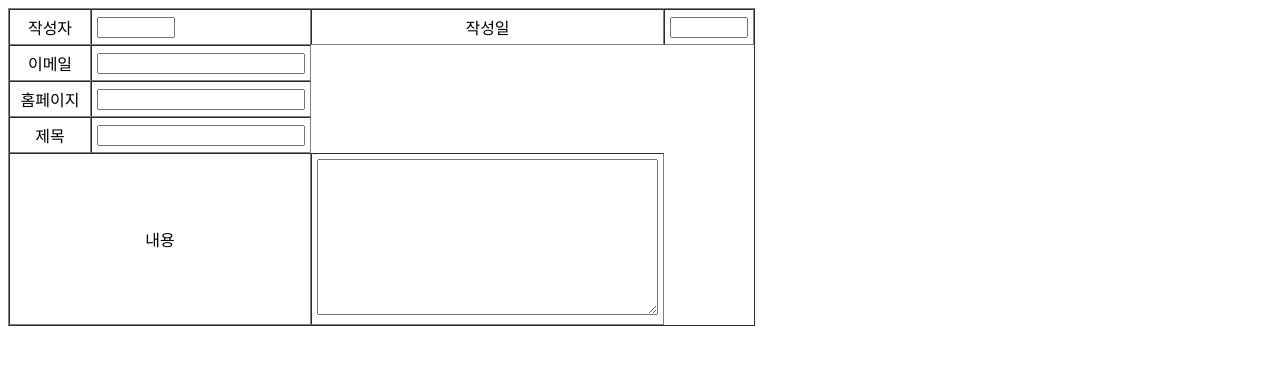
Repository: kimsuel/java-ee-practice
Page: guestbookservlet/WebContent/guestbook/guestbookList.html
The author's editor kept a copy of each file at every save. The page is drawn from the files as they stood at one save, then again after the next save.
The browser window is 1280 px wide. The pictures show the whole page.

Above is the page before, as saved 2018-06-20 07:41:52.

### guestbookservlet/WebContent/guestbook/guestbookList.html
<!DOCTYPE html>
<html>
<head>
<meta charset="UTF-8">
<title>글 목록</title>
</head>
<body>
	<table border="1" cellpadding="5" cellspacing="0">
			<tr>
				<td width="70" align="center">작성자</td>
				<td><input type="text" name="email" style="width:70px"></td>
				<td width="70" align="center">작성일</td>
				<td><input type="text" name="email" style="width:70px"></td>
			</tr>
			<tr>
				<td align="center">이메일</td>
				<td><input type="text" name="email" style="width:200px"></td>
			</tr>
			<tr>
				<td align="center">홈페이지</td>
				<td><input type="text" name="homepage" style="width: 200px"></td>
			</tr>
			<tr>
				<td align="center">제목</td>
				<td><input type="text" name="subject" style="width: 200px"></td>
			</tr>
			<tr>
				<td colspan="2"  align="center">내용</td>
				<td><textarea cols="40" rows="10" name="content"></textarea></td>
			</tr>
		</table>
	</body>
</html>

After the next save:
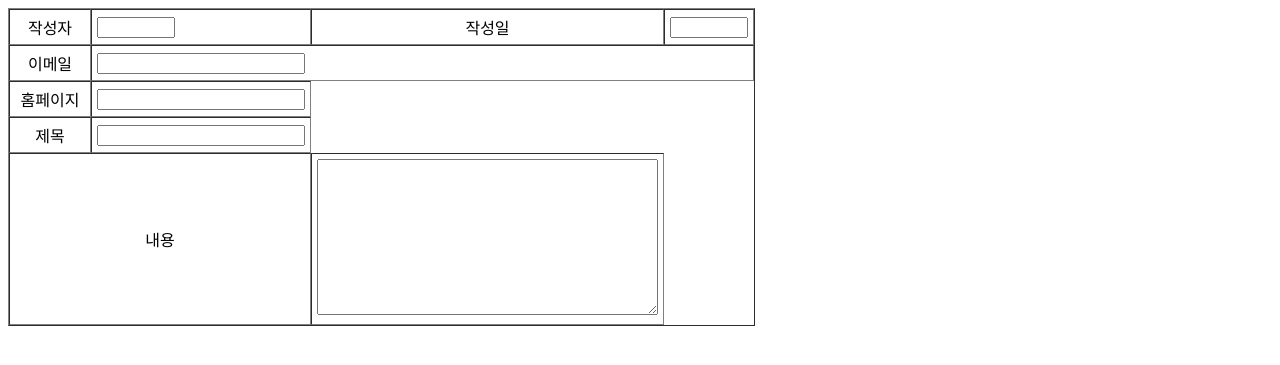
Saved 24 s later.
--- a/guestbookservlet/WebContent/guestbook/guestbookList.html
+++ b/guestbookservlet/WebContent/guestbook/guestbookList.html
@@ -14,7 +14,7 @@
 			</tr>
 			<tr>
 				<td align="center">이메일</td>
-				<td><input type="text" name="email" style="width:200px"></td>
+				<td colspan="3"><input type="text" name="email" style="width:200px"></td>
 			</tr>
 			<tr>
 				<td align="center">홈페이지</td>
